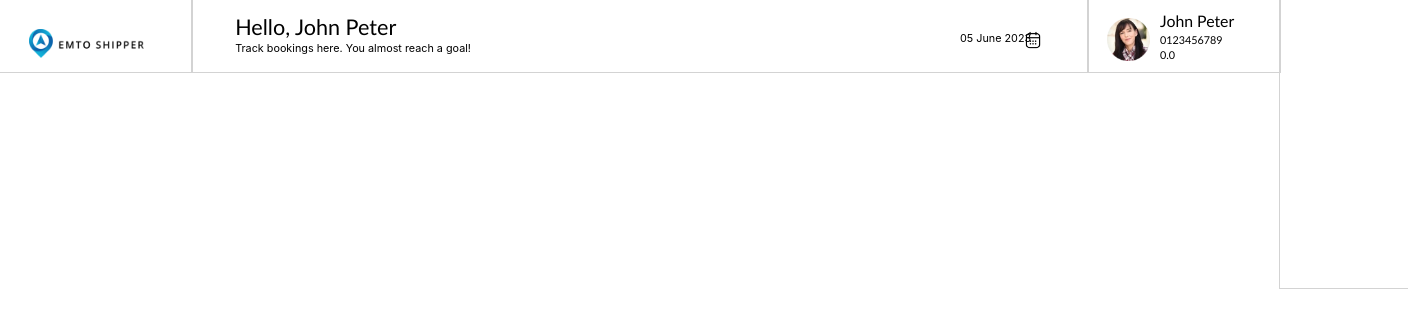
Repository: RoshanArun/Emto-Web
Page: /dashboard (app in emto/reactfirst/)
These files come from the project's save history. The page is drawn as it stood at one moment and after a run of saves; the edit follows.
The browser window is 1280 px wide. The page is 1408 px wide, so the pictures cover 1408 px, including what lies to the right of the window. The pictures show the whole page.
The project was rebuilt for these pictures with package versions that can differ from the ones it lists, and the page was loaded fresh each time. Also part of the build but not shown: emto/reactfirst/src/pages/SignUp/SignUp.css, emto/reactfirst/src/pages/SignUp/SignUp.js, emto/reactfirst/src/pages/Login/Login.js.

Above is the page before, as saved 2023-07-27 12:31:29.

### emto/reactfirst/src/App.js
import React from 'react';
import './pages/Login/Login.css';
import './pages/SignUp/SignUp.css';
import './pages/DashBoard/DashBoard.css';

import { BrowserRouter as Router, Routes, Route }
    from 'react-router-dom';

import SignUp from './pages/SignUp/SignUp';
import Login from './pages/Login/Login';
import DashBoard from './pages/DashBoard/DashBoard';


function App() {
    return (
        <Router>
            <Routes>
                <Route exact path='/' element={<Login />} />
                <Route path='/sign-up' element={<SignUp />} />
                <Route path='/dashboard' element={<DashBoard />} />
            </Routes>
        </Router>
    );
}

export default App;

### emto/reactfirst/src/pages/Login/Login.css
.wrapper {
  width: 100%;
  height: 100%;
  display: flex;
  flex-basis: 100%;
}

.page-left {
  width: 30%;
  min-width: 250px;
  height: 100vh;
  min-height: 570px;
  background-color: #f5f5f5;
}

.page-right {
  width: 100%;
  height: 75vh;
  background-color: #ffffff;
}

.logo {
  width: 60%;
  padding-top: 5%;
  padding-left: 5%;
  padding-bottom: 35%;
}

.truck {
  width: 100%;
  padding-bottom: 10%;
}

.emtocaption {
  width: 65%;
  padding-left: 7%;
  padding-bottom: 5%;
}

.box {
  width: 85%;
  background-color: white;
  border-radius: 25px;
  margin-left: 5%;
  padding-left: 5%;
  padding-top: 2%;
  padding-bottom: 10%;
}

.details {
  font-size: 13px;
  font-family: 'Gill Sans', 'Gill Sans MT', Calibri, 'Trebuchet MS', sans-serif;
  padding-bottom: 8%;
}

.link {
  font-size: 10px;
  font-family: 'Gill Sans', 'Gill Sans MT', Calibri, 'Trebuchet MS', sans-serif;
}

.signin-content {
  height: 85%;
  width: 240px;
  margin-left: auto;
  margin-right: auto;
  padding-top: 30vh;
  min-height: 300px;
}

.signin-label {
  font-size: 27px;
  padding-bottom: 10%;
  padding-right: 30%;
  font-family: 'Gill Sans', 'Gill Sans MT', Calibri, 'Trebuchet MS', sans-serif;
  float: left;
}

.num-label {
  float: left;
  font-size: 12px;
  margin-bottom: 7px;
  font-family: 'Gill Sans', 'Gill Sans MT', Calibri, 'Trebuchet MS', sans-serif;
}

.numinput {
  border-radius: 5px;
  border: 1px solid lightgrey;
  height: 35px;
  width: 235px;
  float: left;
}

input::-webkit-inner-spin-button {
  -webkit-appearance: none;
  margin: 0;
}

.small {
  display: block;
  margin-bottom: -10px;
}

.invalidnumber {
  font-size: 8px;
  float: right;
  color: red;
}

.OTP-label {
  float: left;
  font-size: 11px;
  margin-right: 200px;
  margin-bottom: 7px;
  font-family: 'Gill Sans', 'Gill Sans MT', Calibri, 'Trebuchet MS', sans-serif;
}

.OTPNUM-input {
  width: 50px;
  height: 50px;
  border-radius: 5px;
  border: 1px solid lightgrey;
  position: relative;
  margin-right: 6px;
}

.OTPNUM-inputend {
  width: 50px;
  height: 50px;
  border-radius: 5px;
  border: 1px solid lightgrey;
  position: relative;
}

.invalidOTP {
  font-size: 8px;
  float: right;
  color: red;
}

.submit-button {
  width: 240px;
  height: 35px;
  background-color: #0d69ae;
  color: white;
  border-radius: 5px;
  border: 1px solid lightgrey;
  font-family: 'Gill Sans', 'Gill Sans MT', Calibri, 'Trebuchet MS', sans-serif;
  font-size: 11px;
  margin-top: 10px;
}

.bottom {
  height: 5%;
  margin-top: 1.5%;
  width: 100%;
  font-size: 9px;
  font-family: 'Gill Sans', 'Gill Sans MT', Calibri, 'Trebuchet MS', sans-serif;
}

.terms {
  margin-left: 5px;
  float: left;
}

.language {
  font-size: 9px;
  float: right;
  font-family: 'Gill Sans', 'Gill Sans MT', Calibri, 'Trebuchet MS', sans-serif;
  padding: 3px;
  margin-right: 10px;
}

.radio-button {
  float: right;
  height: 10px;
  width: 10px;
}

@media (max-width: 600px) {
  .wrapper {
    flex-wrap: wrap;
  }

  div {
    flex-basis: 33%;
  }

  .page-left {
    width: 100%;
    min-width: 100%;
    height: 100%;
    background-color: #f5f5f5;
  }

  .box {
    width: 85%;
    background-color: white;
    border-radius: 25px;
    margin-left: 5%;
    padding-left: 5%;
    padding-top: 2%;
    padding-bottom: 5%;
    margin-bottom: 5%;
  }

  .page-right {
    width: 100%;
    min-width: 100%;
    height: 150vw;
    background-color: #f5f5f5;
  }

  .signin-content {
    height: 85%;
    width: 240px;
    padding-top: 25vh;
    text-align: center;

  }
}

### emto/reactfirst/src/pages/DashBoard/DashBoard.css
.dash-top{
  height: 10vh;
  width: 100vw;
  outline: 1px solid lightgray;
  min-height: 65px;
  display: flex;
}

.dash-bottom{
  height: 90vh;
  width: 100vw;
  outline: 1px solid lightgray;
  min-height: 65px;
}
.top1{
  width: 15vw;
  outline: 1px solid lightgray;
  min-height: 65px;
}

.top2{
  width: 70vw;
  outline: 1px solid lightgray;
  min-height: 65px;
}

.top3{
  width: 15vw;
  outline: 1px solid lightgray;
  min-height: 65px;
}


.dash-bottom{
    height: 40vh;
    width: 10vw;
    outline: 1px solid lightgray;
    min-height: 65px;
    display: flex;
}

.bottom1{
  width: 15vw;
  outline: 1px solid lightgray;
  min-height: 65px;
}







.dashboard-right{
  width: 100vw;
}

.right1{
  width: 60vw;
  height: 100vh;
  outline: 1px solid lightgray;
}

.right2{
  width: 10vw;
  height: 30vh;
  outline: 1px solid lightgray;
}

.dashboard-top {
  height: 10vh;
  width: 74vw;
  outline: 1px solid lightgray;
  min-height: 65px;
}

.dashboard-top2 {
  height: 10vh;
  width: 20vw;
  outline: 1px solid lightgray;
  min-height: 65px;
}

.dashboard-left {
  width: 15vw;
  height: 100vh;
  outline: 1px solid lightgray;
  min-width: 130px;
}

.dashboardlogo {
  width: 60%;
  margin-top: 15%;
  margin-bottom: 15%;
  margin-left: 15%;
}

.dashboardicon {
  margin-top: 12%;
  margin-left: 15%;
  width: 13%;
}

.dashboardlabels {
  margin-left: 7%;
  font-size: 1vw;
  position: relative;
  bottom: .5vw;
  font-family: 'Gill Sans', 'Gill Sans MT', Calibri, 'Trebuchet MS', sans-serif;
  color: black;
}

.pro {
  font-size: 1.0vw;
  font-weight: bold;
  text-align: center;
  display: block;
  margin-bottom: 5%;
  margin-top: 15%;
}

.unlock {
  display: block;
  font-size: .8vw;
  word-wrap: break-word;
  text-align: center;

}

.unlock2 {
  font-size: .8vw;
  text-align: center;
  display: block;

}

.upgrade {
  background-color: lightblue;
  border: none;
  border-radius: 15px;
  width: 45%;
  height: 3.5%;
  margin-left: auto;
  margin-right: auto;
  display: grid;
  margin-bottom: 15vh;


  text-align: center;
  font-size: .9vw;
  font-weight: bold;
  align-items: center;
}

.intro {
  font-size: 3vh;
  font-family: 'Gill Sans', 'Gill Sans MT', Calibri, 'Trebuchet MS', sans-serif;
  padding-left: 6vh;
  margin-top: 2vh;
  display: inline-block;
}

.introsub {
  margin-left: 6vh;
  font-size: 1.5vh;
  margin-top: 2px;
  display: flex;
}


.Calender {
  margin-left: auto;
  font-size: 1.5vh;
  position: absolute;
  top: 4.5%;
  left: 75%
}

.calenderIcon {
  width: 2.5vh;
  margin-left: 5vw;
  position: absolute;
  top: 4.25%;
  left: 75%
}

.profileIcon {
  width: 6vh;
  margin-left: 10%;
  margin-top: 2.5vh;
}

.userLabel {
  margin-left: 10vh;
  font-size: 2.2vh;
  position: relative;
  bottom: 7.5vh;
  font-family: 'Gill Sans', 'Gill Sans MT', Calibri, 'Trebuchet MS', sans-serif;
  color: black;
  display: block;
  margin-bottom: -17.5px
}

.userLabel2 {
  margin-left: 10vh;
  font-size: 1.5vh;
  position: relative;
  bottom: 7.5vh;
  font-family: 'Gill Sans', 'Gill Sans MT', Calibri, 'Trebuchet MS', sans-serif;
  color: black;
  display: block;
  margin-bottom: -17.5px
}

.box{
  margin-top: 5vh;
  height: 6vh;
  width: 12.5vw;
  outline: 1px solid lightgray;
  display: inline-block;
}

### emto/reactfirst/src/pages/DashBoard/DashBoard.js
import React from 'react';
import IMAGES from '../../Components';

const DashBoard = () => {
    return (
        <div class="DashBoard">
            <meta name="viewport" content="width=device-width, initial-scale=1.0" />
            <div class="wrapper">
                <div class="dash-top">
                    <div class="top1">
                        <img src={IMAGES.emtologo} class="dashboardlogo" alt="dashboardlogo" /><br></br>
                    </div>
                    <div class="top2">
                        <label class="intro">Hello, John Peter</label>
                        <label class="Calender">05 June 2023</label>
                        <img src={IMAGES.calender} class="calenderIcon" alt="dashboardlogo" /><br></br>
                        <label class="introsub">Track bookings here. You almost reach a goal!</label>
                    </div>
                    <div class="top3">
                        <img src={IMAGES.profile} class="profileIcon" alt="dashboardlogo" />
                        <label class="userLabel">John Peter</label><br></br>
                        <label class="userLabel2">0123456789</label><br></br>
                        <label class="userLabel2">0.0</label><br></br>
                    </div>


                </div>

                <div class="dash-bottom">
                    <div class="bottom1">

                    </div>
                    <div class="bottom2">

                    </div>
                    <div class="bottom3">

                    </div>
                </div>


                {/* <div class="dashboard-left">

                    <img src={IMAGES.dashboard} class="dashboardicon" alt="dashboardlogo" /><label class="dashboardlabels">Dashboard</label><br></br>
                    <img src={IMAGES.senders} class="dashboardicon" alt="dashboardlogo" /><label class="dashboardlabels">Senders</label><br></br>
                    <img src={IMAGES.recievers} class="dashboardicon" alt="dashboardlogo" /><label class="dashboardlabels">Recievers</label><br></br><br></br><br></br><br></br><br></br>
                    <label class="pro">Upgrade to Pro</label>
                    <label class="unlock">Get 1 Month Free</label>
                    <label class="unlock2">and Unlock</label><br></br>
                    <button class="upgrade">Upgrade</button>

                    <img src={IMAGES.settings} class="dashboardicon" alt="dashboardlogo" /><label class="dashboardlabels">Settings</label><br></br>
                    <img src={IMAGES.csx} class="dashboardicon" alt="dashboardlogo" /><label class="dashboardlabels">Help Desk</label><br></br>
                    <img src={IMAGES.logout} class="dashboardicon" alt="dashboardlogo" /><label class="dashboardlabels">Logout</label><br></br>
                </div>

                <div class="dashboard-right">

                    <div class="dashboard-top">

                    </div>

                    <div class="right1">
                        <div class="box">

                        </div>
                        <div class="box">

                        </div>
                        <div class="box">

                        </div>
                        <div class="box">

                        </div>
                        <div class="box">

                        </div>
                        <div class="box">

                        </div>
                        <div class="box">

                        </div>
                        <div class="box">

                        </div>
                        <div class="box">

                        </div>
                    </div>


                    <div class="right2"></div>

                </div> */}



                {/* <div class="dashboard-top2">

                </div> */}
            </div>


        </div>
    );
}



export default DashBoard;

### emto/reactfirst/src/Components/index.js
const IMAGES = {
    emtocaption: require('./emto-caption.png'),
    emtotruck: require('./emtotruck.jpg'),
    emtologo: require('./emto-logo.png'),

    dashboard: require('./business-report.png'),
    senders: require('./senders.png'),
    recievers: require('./recievers.png'),

    settings: require('./settings.png'),
    csx: require('./customer-service.png'),
    logout: require('./logout.png'),

    calender: require('./calendar.png'),
    profile: require('./profile.png')


}

export default IMAGES;

Loaded but not shown: emto/reactfirst/public/index.html (common file); emto/reactfirst/src/index.js (common file); emto/reactfirst/src/index.css (common file); emto/reactfirst/src/reportWebVitals.js (common file)

After the next 3 saves:
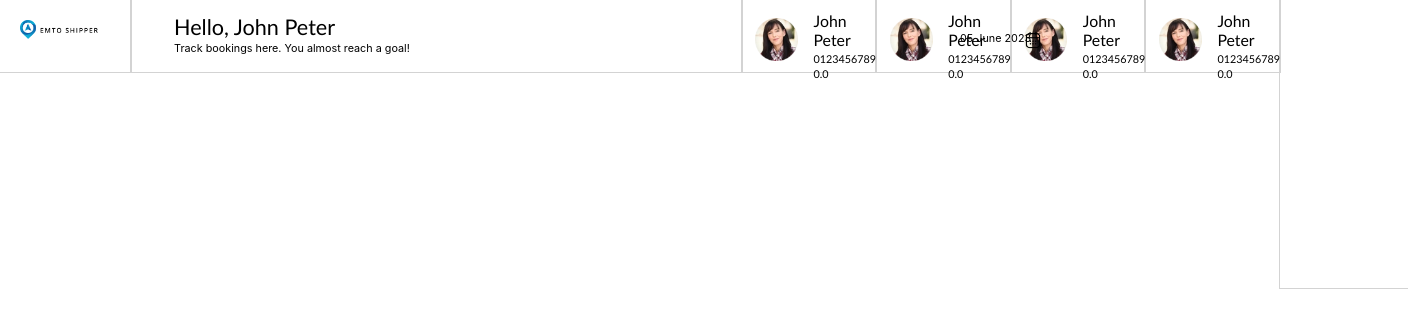
The 3 saves are shown as one change because they came seconds apart.
The last was saved 22 s later.
--- a/emto/reactfirst/src/pages/DashBoard/DashBoard.js
+++ b/emto/reactfirst/src/pages/DashBoard/DashBoard.js
@@ -22,7 +22,22 @@
                         <label class="userLabel2">0123456789</label><br></br>
                         <label class="userLabel2">0.0</label><br></br>
                     </div>
-
+                    <div class="top3">
+                        <img src={IMAGES.profile} class="profileIcon" alt="dashboardlogo" />
+                        <label class="userLabel">John Peter</label><br></br>
+                        <label class="userLabel2">0123456789</label><br></br>
+                        <label class="userLabel2">0.0</label><br></br>
+                    </div><div class="top3">
+                        <img src={IMAGES.profile} class="profileIcon" alt="dashboardlogo" />
+                        <label class="userLabel">John Peter</label><br></br>
+                        <label class="userLabel2">0123456789</label><br></br>
+                        <label class="userLabel2">0.0</label><br></br>
+                    </div><div class="top3">
+                        <img src={IMAGES.profile} class="profileIcon" alt="dashboardlogo" />
+                        <label class="userLabel">John Peter</label><br></br>
+                        <label class="userLabel2">0123456789</label><br></br>
+                        <label class="userLabel2">0.0</label><br></br>
+                    </div>
 
                 </div>
 

After the save that followed:
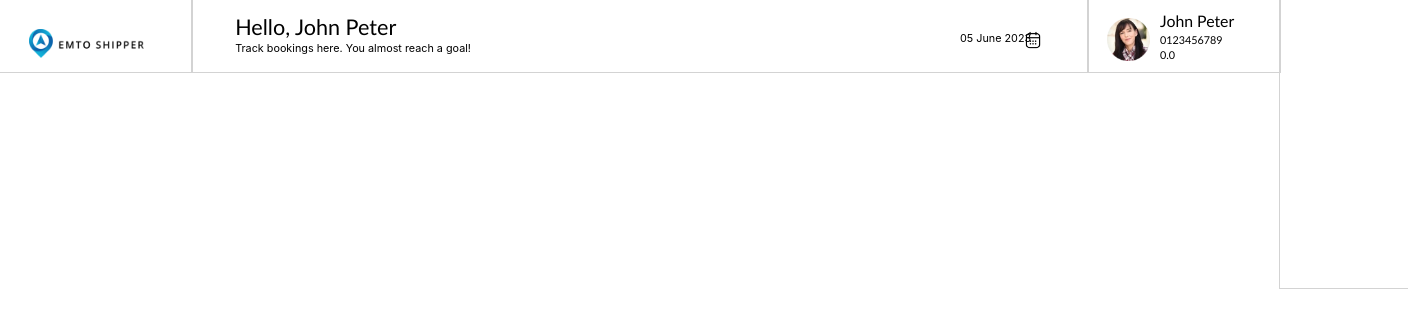
Saved 5 s later.
--- a/emto/reactfirst/src/pages/DashBoard/DashBoard.js
+++ b/emto/reactfirst/src/pages/DashBoard/DashBoard.js
@@ -17,22 +17,6 @@
                         <label class="introsub">Track bookings here. You almost reach a goal!</label>
                     </div>
                     <div class="top3">
-                        <img src={IMAGES.profile} class="profileIcon" alt="dashboardlogo" />
-                        <label class="userLabel">John Peter</label><br></br>
-                        <label class="userLabel2">0123456789</label><br></br>
-                        <label class="userLabel2">0.0</label><br></br>
-                    </div>
-                    <div class="top3">
-                        <img src={IMAGES.profile} class="profileIcon" alt="dashboardlogo" />
-                        <label class="userLabel">John Peter</label><br></br>
-                        <label class="userLabel2">0123456789</label><br></br>
-                        <label class="userLabel2">0.0</label><br></br>
-                    </div><div class="top3">
-                        <img src={IMAGES.profile} class="profileIcon" alt="dashboardlogo" />
-                        <label class="userLabel">John Peter</label><br></br>
-                        <label class="userLabel2">0123456789</label><br></br>
-                        <label class="userLabel2">0.0</label><br></br>
-                    </div><div class="top3">
                         <img src={IMAGES.profile} class="profileIcon" alt="dashboardlogo" />
                         <label class="userLabel">John Peter</label><br></br>
                         <label class="userLabel2">0123456789</label><br></br>
